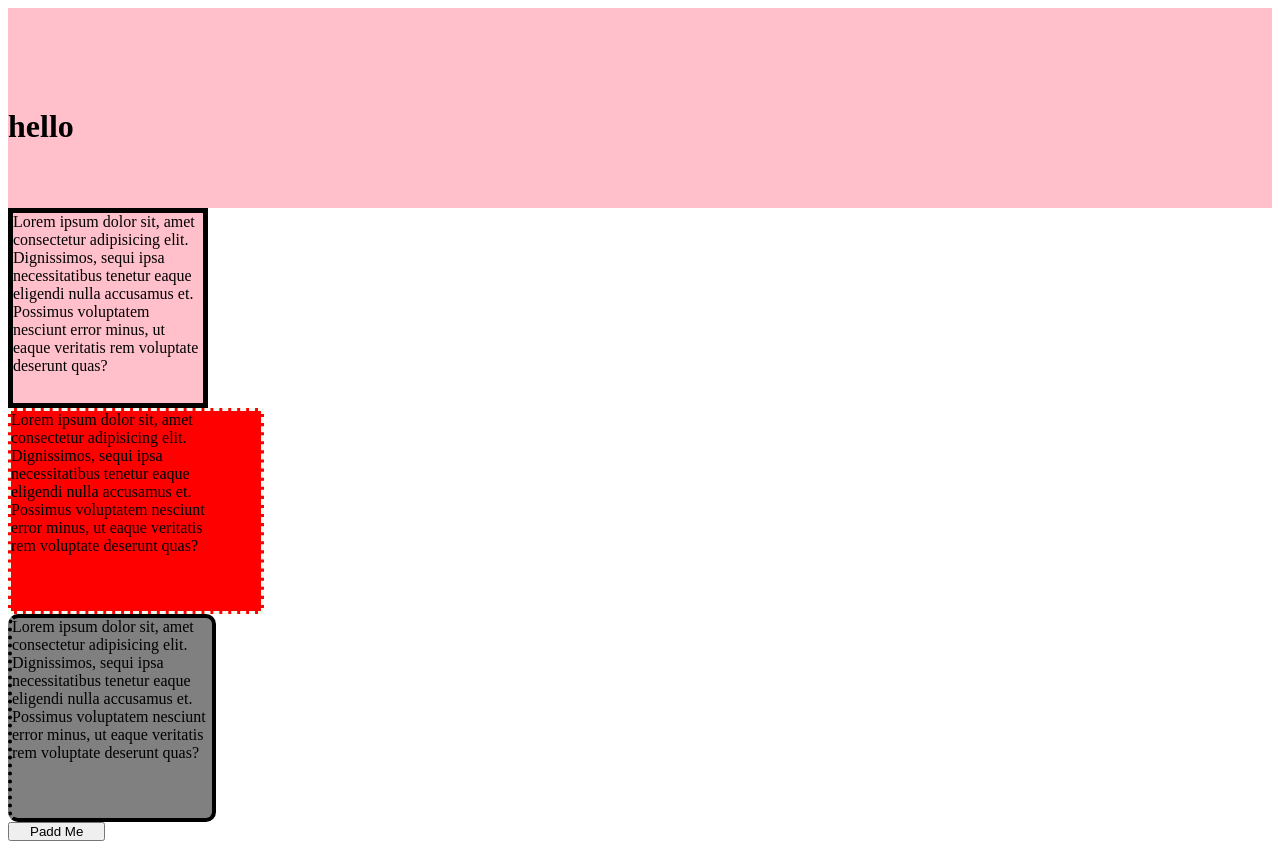
Repository: zhFIsHappy/UdemyFullStack
Page: index1.html
These files come from the project's save history. The page is drawn as it stood at one moment and after a run of saves; the edit follows.
The browser window is 1280 px wide. The pictures show the whole page.

Above is the page before, as saved 2022-03-22 21:12:46.

### index1.html
<!DOCTYPE html>
<html lang="en">
<head>
    <meta charset="UTF-8">
    <meta http-equiv="X-UA-Compatible" content="IE=edge">
    <meta name="viewport" content="width=device-width, initial-scale=1.0">
    <title>Document</title>
    <link rel="stylesheet" href="app1.css">
</head>
<body>
    <h1>hello</h1>
    <div id ="one">Lorem ipsum dolor sit, amet consectetur adipisicing elit. Dignissimos, sequi ipsa necessitatibus tenetur eaque eligendi nulla accusamus et. Possimus voluptatem nesciunt error minus, ut eaque veritatis rem voluptate deserunt quas?</div>
    <div id ="two">Lorem ipsum dolor sit, amet consectetur adipisicing elit. Dignissimos, sequi ipsa necessitatibus tenetur eaque
    eligendi nulla accusamus et. Possimus voluptatem nesciunt error minus, ut eaque veritatis rem voluptate deserunt
    quas?</div>
    <div id ="three">Lorem ipsum dolor sit, amet consectetur adipisicing elit. Dignissimos, sequi ipsa necessitatibus tenetur eaque
    eligendi nulla accusamus et. Possimus voluptatem nesciunt error minus, ut eaque veritatis rem voluptate deserunt
    quas?</div>
    <button>Padd Me</button>
</body>
</html>

### app1.css
/*height and width*/
div{
    width: 200px;
    height: 200px;
    background-color: #e63946
}
h1{
    background-color: pink;
    height:100px;
    padding-top : 100px;
    margin:0;
}
/* border : width, color, style*/
#one {
    background-color: pink;
    border-width: 5px;
    border-color : black;
    border-style: solid;
    box-sizing: border-box;
    margin-left : 50
}

#two{
    background-color: red;
    border-color: #f1faee;
    border-width: 3px;
    border-style: dashed;
    border-left-color: 8px;
    padding-right : 50px;
}

#three{
    background-color: grey;
    border : 4px solid black;
    border-left-style: dotted;
    border-radius : 10px;
}
/* padding left right top bottom, and custom "padding"*/
/* vertical|horizontal*/
/* top| right | bottom | up*/
button {
    padding : 0 20px;
}
/* Margin same as Padding*/

After the next 3 saves:
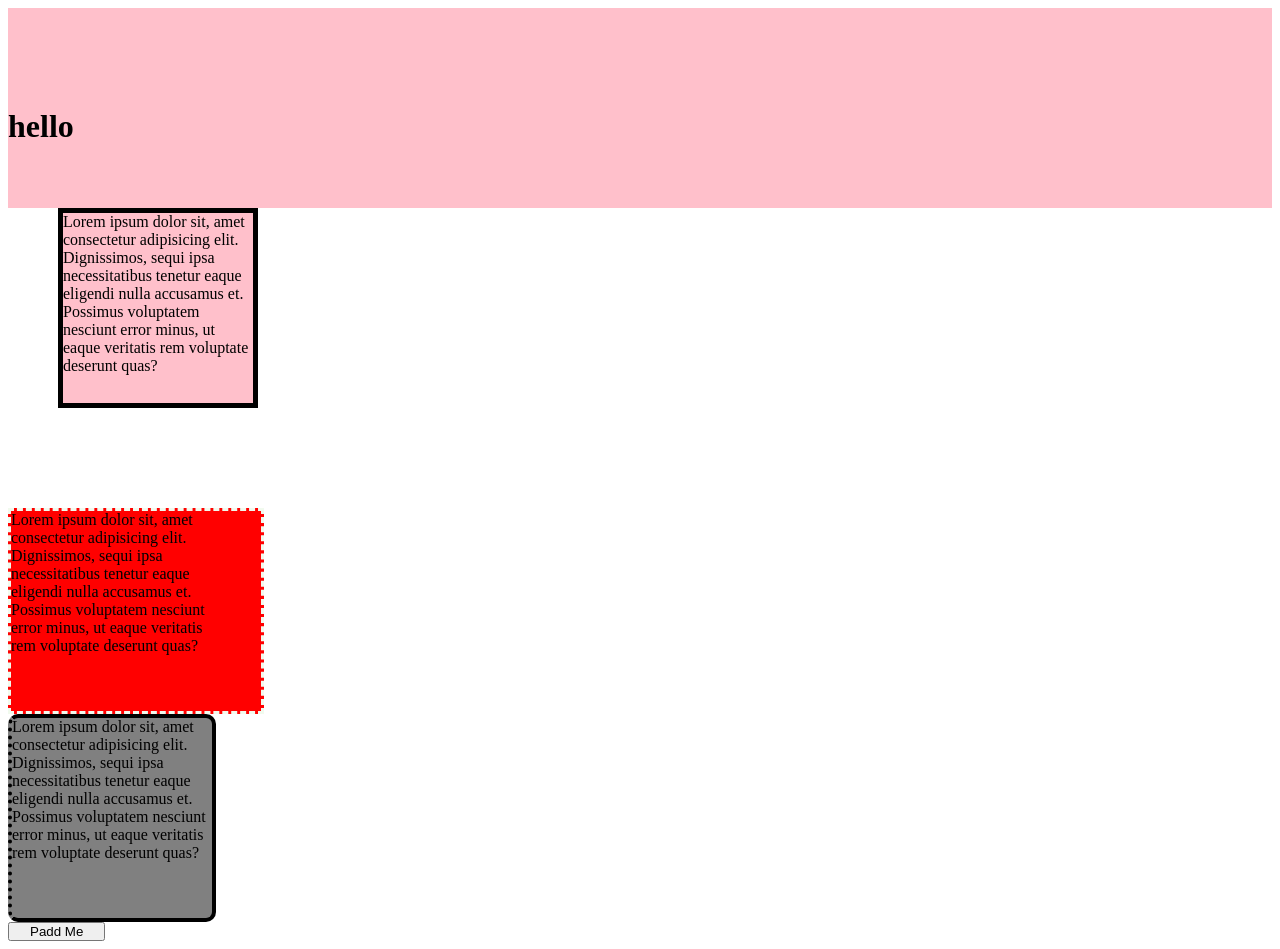
The 3 saves are shown as one change because they came seconds apart.
The last was saved 14 s later.
--- a/app1.css
+++ b/app1.css
@@ -17,7 +17,8 @@ h1{
     border-color : black;
     border-style: solid;
     box-sizing: border-box;
-    margin-left : 50
+    margin-left : 50px;
+    margin-bottom: 100px;
 }
 
 #two{
